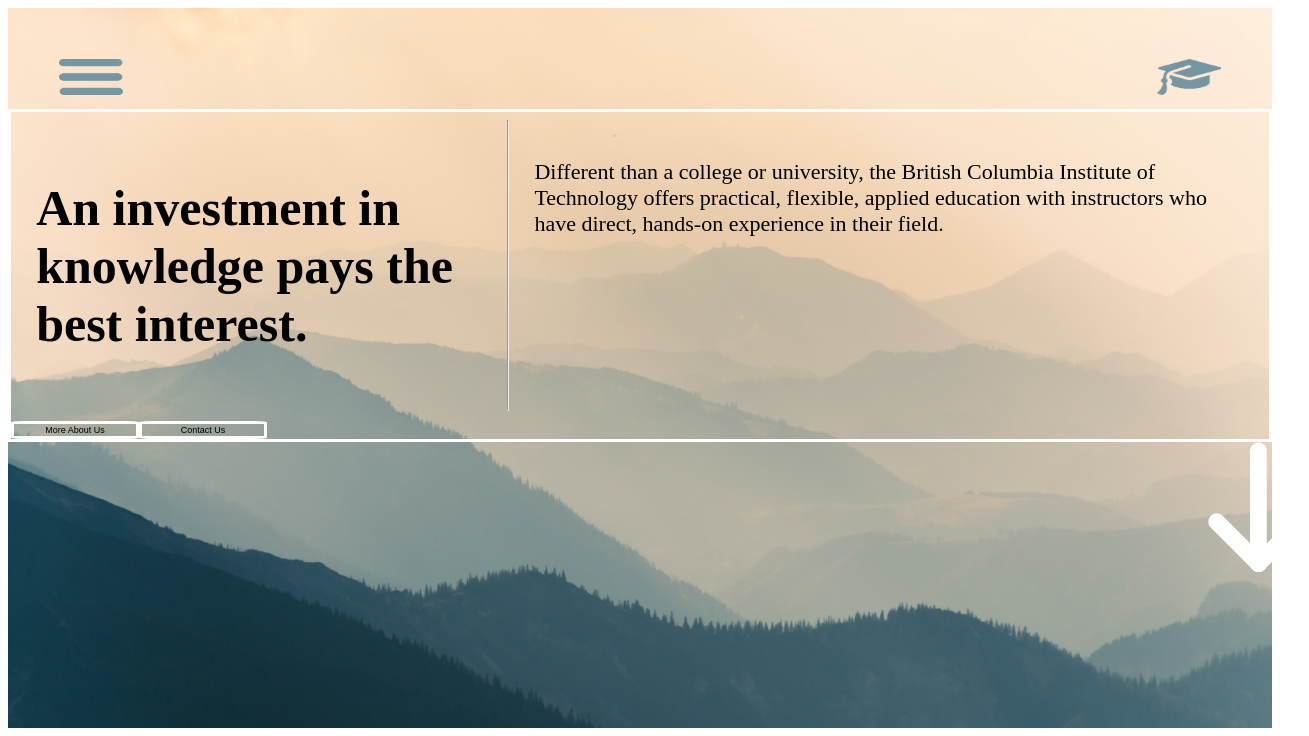
Repository: sierralaurent/MDIA2109-Assignment01
Page: /
These files come from the project's save history. The page is drawn as it stood at one moment and after the next save; the edit follows.
The browser window is 1280 px wide. The page is 1309 px wide, so the pictures cover 1309 px, including what lies to the right of the window. The pictures show the whole page.
The project was rebuilt for these pictures with package versions that can differ from the ones it lists, and the page was loaded fresh each time. The framework's server and built-in components were replaced by stand-ins that run in the browser. Also part of the build but not shown: next.config.js.

Above is the page before, as saved 2023-02-05 12:31:10.

After the next save:
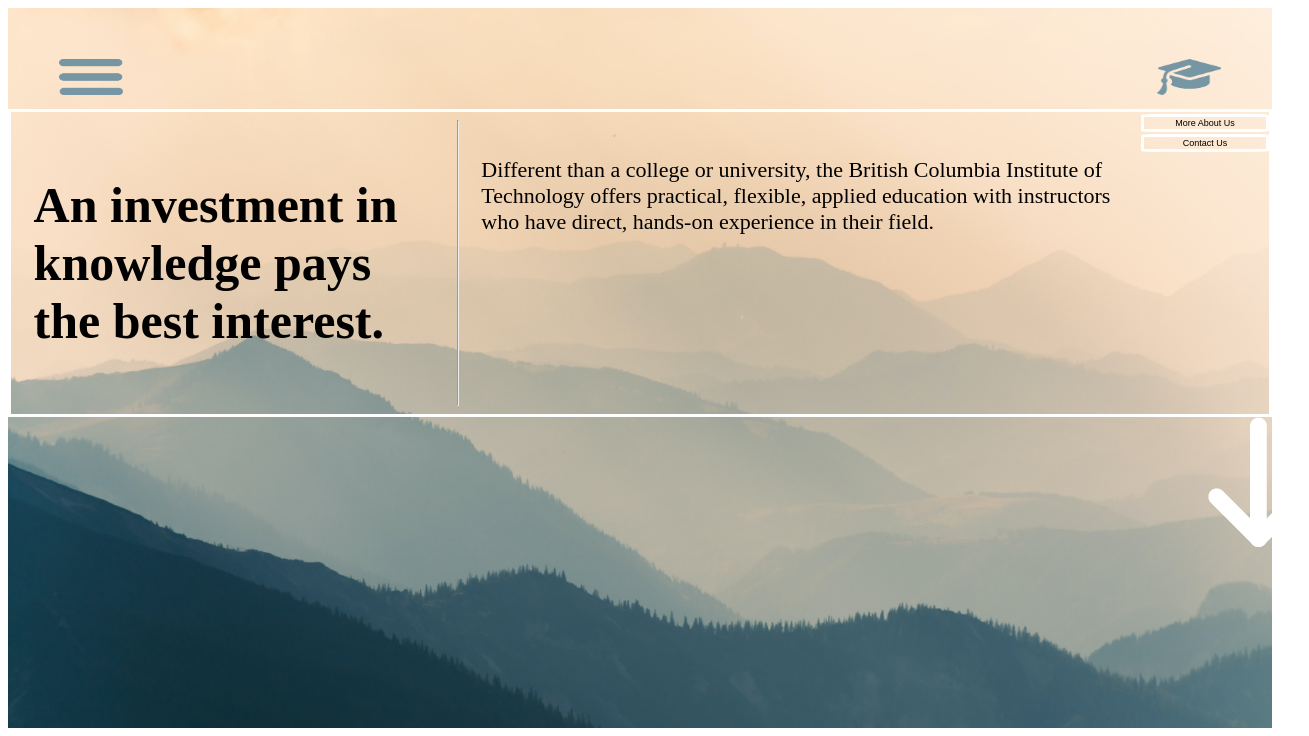
Saved 15 s later.
--- a/styles/Home.module.css
+++ b/styles/Home.module.css
@@ -48,6 +48,8 @@
 
 .middle {
   border: 3px solid white;
+  display: flex;
+  justify-content: left;
 }
 
 .icon1 {
